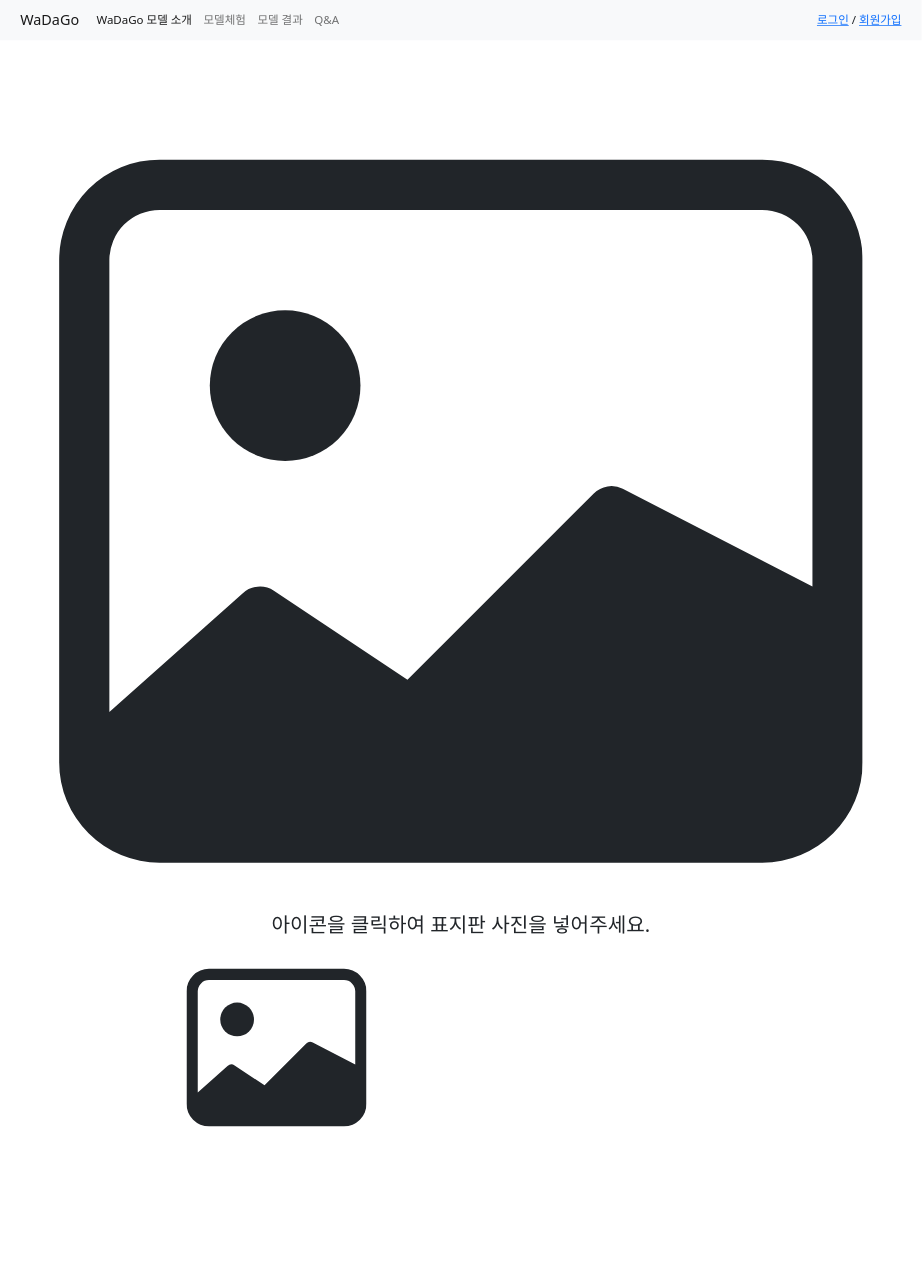
Repository: suchulchoi/Wadago_Project
Page: http://localhost/model/try
The author's editor kept a copy of each file at every save. The page is drawn from the files as they stood at one save, then again after the next save.
The browser window is 1280 px wide. The pictures show the whole page, at 72% of full size.
The page is this project's Thymeleaf template; nobody is signed in. The template is opened directly, without the code that normally fills it, so the values that code supplies are empty.

Above is the page before, as saved 2022-07-27 13:22:43.

After the next save:
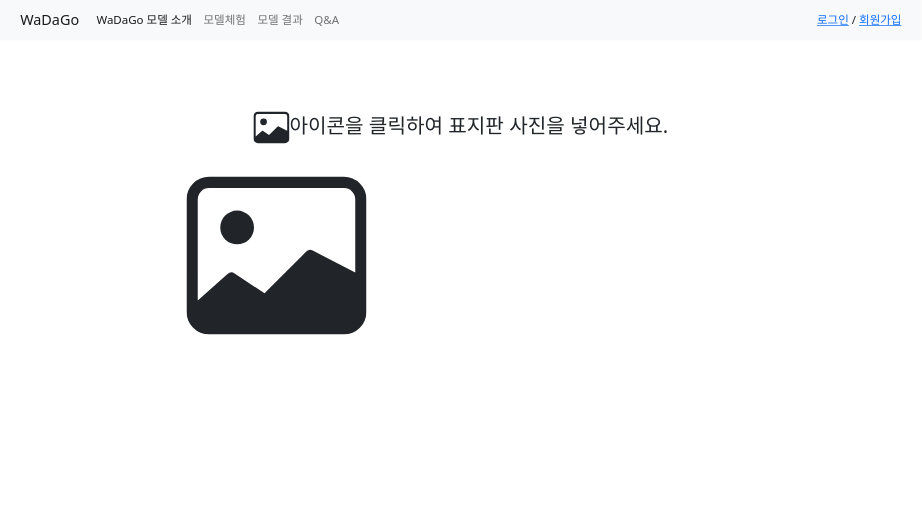
Saved 10 s later.
--- a/wadago_project/src/main/resources/templates/model/try.html
+++ b/wadago_project/src/main/resources/templates/model/try.html
@@ -46,7 +46,7 @@
 		<header th:insert="header_nav.html"></header>
 	    <div class="container">
 			<br><br><br><br>
-			<center><h3 id="title"><svg xmlns="http://www.w3.org/2000/svg" fill="currentColor" class="bi bi-image" viewBox="0 0 16 16">
+			<center><h3 id="title"><svg xmlns="http://www.w3.org/2000/svg" width="50" height="50" fill="currentColor" class="bi bi-image" viewBox="0 0 16 16">
 									  <path d="M6.002 5.5a1.5 1.5 0 1 1-3 0 1.5 1.5 0 0 1 3 0z"/>
 									  <path d="M2.002 1a2 2 0 0 0-2 2v10a2 2 0 0 0 2 2h12a2 2 0 0 0 2-2V3a2 2 0 0 0-2-2h-12zm12 1a1 1 0 0 1 1 1v6.5l-3.777-1.947a.5.5 0 0 0-.577.093l-3.71 3.71-2.66-1.772a.5.5 0 0 0-.63.062L1.002 12V3a1 1 0 0 1 1-1h12z"/>
 									</svg>아이콘을 클릭하여 표지판 사진을 넣어주세요.</h3></center>
